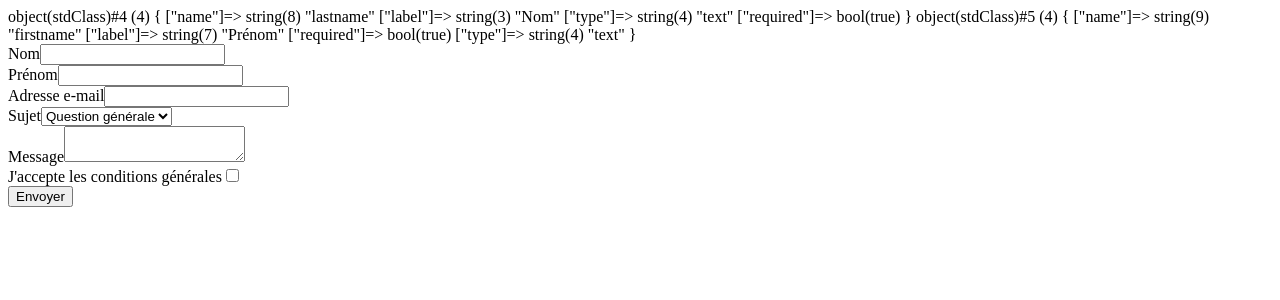
Repository: ryan-1337/php_form
Page: http://localhost/formManager/public/index.php
The author's editor kept a copy of each file at every save. The page is drawn from the files as they stood at one save, then again after the next save.
The browser window is 1280 px wide. The pictures show the whole page.
The page is run by PHP 8.4 with error messages shown; the project is at /var/www/html/.

Above is the page before, as saved 2022-06-27 22:31:00.

### formManager/public/index.php
<?php
require_once '../src/Util/Autoloader.php';

use App\FormGenerator;
use App\Util\Autoloader;

Autoloader::register();

$generator = FormGenerator::get();
$formView = $generator->build('contact');

echo $formView;

### formManager/src/Util/Autoloader.php
<?php
namespace App\Util;

class Autoloader
{
    public static function register()
    {
        spl_autoload_register('self::load');
    }

    public static function load($class)
    {
        $classpath = sprintf('../%s.php', $class);
        $classpath = str_replace('App', 'src', $classpath);
        $classpath = str_replace('\\', '/', $classpath);
        require_once $classpath;
    }
}

### formManager/src/FormGenerator.php
<?php
namespace App;

use App\Loader\ConfigurationLoader;
use App\Type\TypeInterface;
use App\Util\AbstractService;
use Exception;

final class FormGenerator extends AbstractService
{
    private ConfigurationLoader $configurationLoader;

    protected function __construct()
    {
        parent::__construct();
        $this->configurationLoader = ConfigurationLoader::get();
    }

    public function build(string $type): string
    {
        $config = $this->configurationLoader->load($type);
        return $this->buildView($config);
    }

    private function buildView(object $config): string
    {
        $template = '<form>';

        foreach ($config->form->fields as $field) {
            $template .= $this->buildFieldView($field);
        }

        $template .= '</form>';
        return $template;
    }

    private function buildFieldView(object $field): string
    {
        $template = '<div>';

        if(isset($field->label)){
            $template .= '<label for="'.$field->name.'">'.$field->label.'</label>';
        }

        $className = sprintf('App\Type\%sType', ucfirst($field->type));
        if(!class_exists($className)){
            throw new Exception(sprintf("Field type '%s' doesn't exist", $field->type));
        }

        $type = new $className();
        if(!$type instanceof TypeInterface){
            throw new Exception(sprintf("Field type '%s' doesn't implement TypeInterface", $field->type));
        }

        $template .= $type->build($field);

        $template .= '</div>';

        return $template;
    }
}

### formManager/src/Util/AbstractService.php
<?php
namespace App\Util;

abstract class AbstractService
{
    protected static ?self $_instance = null;

    protected function __construct(){}

    public static function get()
    {
        if(!self::$_instance){
            $class = get_called_class();
            self::$_instance = new $class;
        }

        return self::$_instance;
    }
}

### formManager/src/Loader/ConfigurationLoader.php
<?php
namespace App\Loader;

use App\Util\AbstractService;
use Exception;
use stdClass;

class ConfigurationLoader extends AbstractService
{
    const CONFIG_FORMAT = [
        'json' => JsonLoader::class,
        'xml' => XmlLoader::class,
        'yml' => YamlLoader::class,
    ];

    public function load(string $configName): object
    {
        $loader = $this->determineFormat($configName);
        $path = sprintf('../config/form/%s.%s', $configName, $loader::getExtension());
        return $loader::load($path);
    }

    private function determineFormat(string $configName)
    {
        foreach(self::CONFIG_FORMAT as $format => $loader){
            $path = sprintf('../config/form/%s.%s', $configName, $format);
            if(file_exists($path)){
                return $loader;
            }
        }

        throw new Exception("Configuration not found");
    }
}

### formManager/src/Loader/JsonLoader.php
<?php
namespace App\Loader;

use stdClass;

class JsonLoader implements LoaderInterface
{
    public static function load(string $path): object
    {
        $raw = file_get_contents($path);
        return json_decode($raw);
    }

    public static function getExtension(): string
    {
        return 'json';
    }
}

### formManager/src/Loader/LoaderInterface.php
<?php
namespace App\Loader;

use stdClass;

interface LoaderInterface
{
    public static function load(string $path): object;
    public static function getExtension(): string;
}

### formManager/config/form/contact.json
{
  "form": {
    "name": "contact",
    "fields": [
      {
        "name": "lastname",
        "label": "Nom",
        "type": "text",
        "required": true
      },
      {
        "name": "firstname",
        "label": "Prénom",
        "required": true,
        "type": "text"
      },
      {
        "name": "email",
        "label": "Adresse e-mail",
        "required": true,
        "type": "email"
      },
      {
        "name": "subject",
        "label": "Sujet",
        "type": "select",
        "values": [
          {
            "text": "Question générale",
            "value": "question"
          },
          {
            "text": "Réclamation",
            "value": "claim"
          },
          {
            "text": "Autre",
            "value": "other"
          }
        ]
      },
      {
        "name": "message",
        "label": "Message",
        "type": "textarea",
        "size": "50"
      },
      {
        "name": "cgu",
        "label": "J'accepte les conditions générales",
        "type": "checkbox"
      },
      {
        "name": "submit",
        "type": "submit",
        "text": "Envoyer"
      }
    ]
  }
}

### formManager/src/Type/TextType.php
<?php
namespace App\Type;

class TextType implements TypeInterface
{
    public function build(object $field): string
    {
        var_dump($field);
        return '<input type="text" id="'.$field->name.'" name="'.$field->name.'" required="'.$field->required.'">';
    }
}

### formManager/src/Type/TypeInterface.php
<?php
namespace App\Type;

interface TypeInterface
{
    public function build(object $field): string;
}

### formManager/src/Type/EmailType.php
<?php
namespace App\Type;

class EmailType implements TypeInterface
{
    public function build(object $field): string
    {
        return '<input type="email" id="'.$field->name.'" name="'.$field->name.'">';
    }
}

### formManager/src/Type/SelectType.php
<?php
namespace App\Type;

class SelectType implements TypeInterface
{
    public function build(object $field): string
    {
        $template = '<select name="'.$field->name.'" id="'.$field->name.'">';

        foreach ($field->values as $value) {
            $template .= '<option value="'.$value->value.'">'.$value->text.'</option>';
        }

        $template .= '</select>';

        return $template;
    }
}

### formManager/src/Type/TextareaType.php
<?php
namespace App\Type;

class TextareaType implements TypeInterface
{
    public function build(object $field): string
    {
        return '<textarea name="'.$field->name.'" id="'.$field->name.'" maxlength="'.$field->size.'"></textarea>';
    }
}

### formManager/src/Type/CheckboxType.php
<?php
namespace App\Type;

class CheckboxType implements TypeInterface
{
    public function build(object $field): string
    {
        return '<input type="checkbox" name="'.$field->name.'" id="'.$field->name.'">';
    }
}

### formManager/src/Type/SubmitType.php
<?php
namespace App\Type;

class SubmitType implements TypeInterface
{
    public function build(object $field): string
    {
        return '<button type="submit">'.$field->text.'</button>';
    }
}

After the next save:
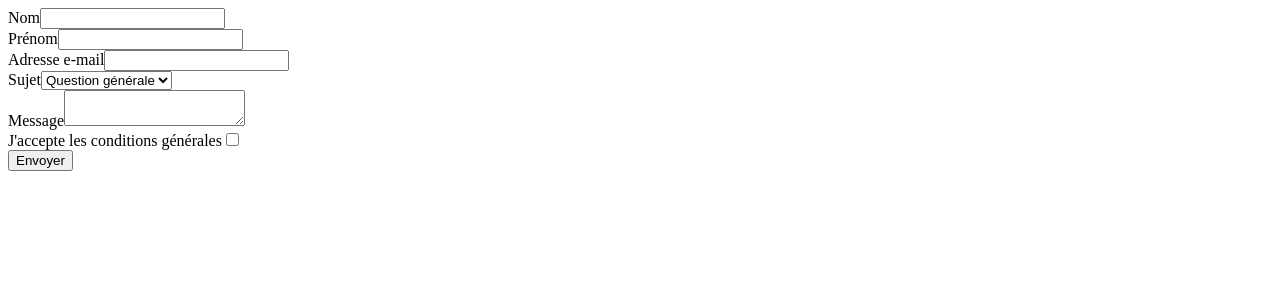
Saved 72 s later.
--- a/formManager/src/Type/TextType.php
+++ b/formManager/src/Type/TextType.php
@@ -5,7 +5,6 @@ class TextType implements TypeInterface
 {
     public function build(object $field): string
     {
-        var_dump($field);
         return '<input type="text" id="'.$field->name.'" name="'.$field->name.'" required="'.$field->required.'">';
     }
 }
